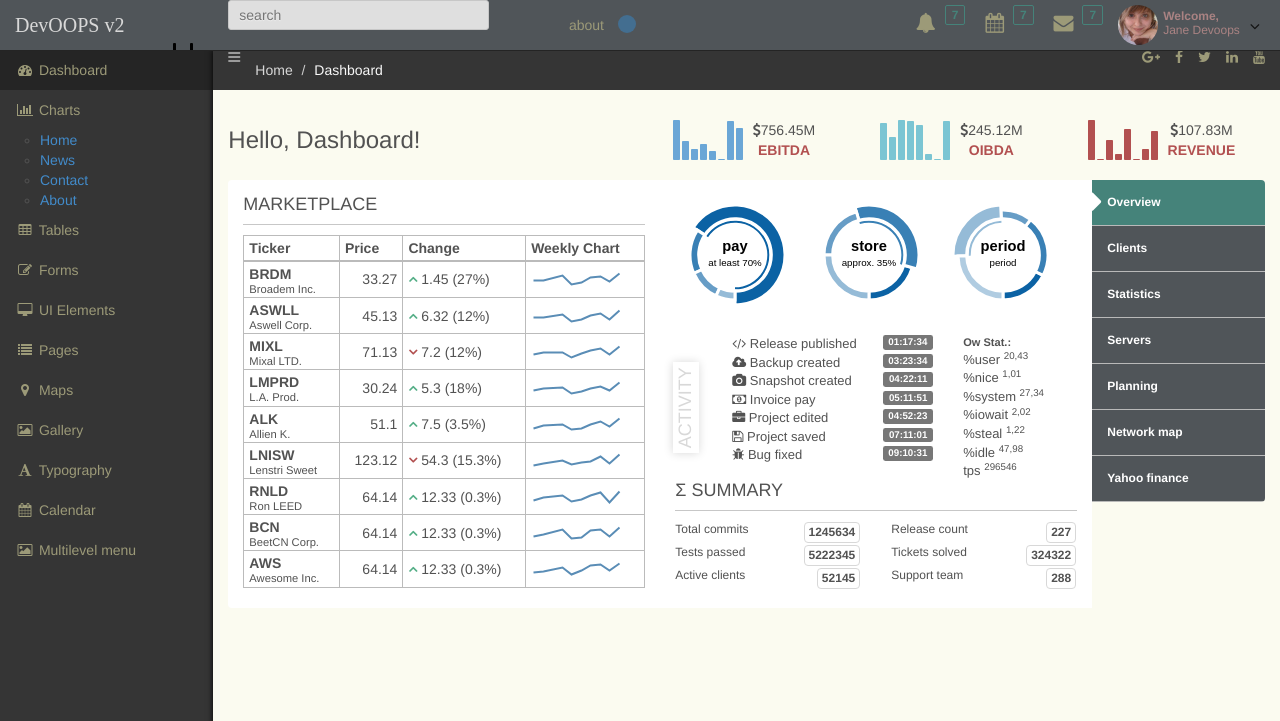
Repository: HackathonNicaragua/sixbyte
Page: http://localhost/RIMB/index.jsp
The author's editor kept a copy of each file at every save. The page is drawn from the files as they stood at one save, then again after the next save.
The browser window is 1280 px wide. The pictures show the whole page.
Some web fonts or font styles are not loaded; a fallback is used. Some web libraries are served in a nearby version. The page is served by Tomcat 9.

Above is the page before, as saved 2017-11-25 21:09:11.

After the next save:
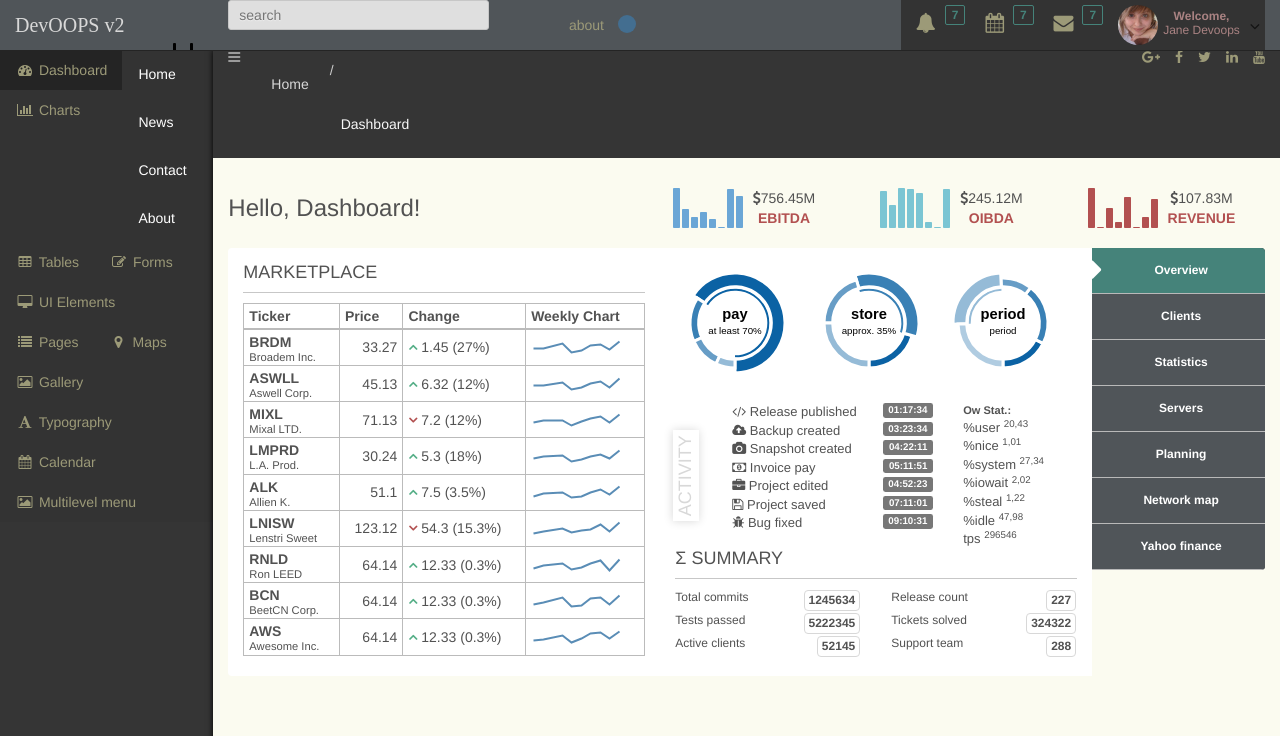
Saved 5 min 31 s later.
--- a/RIMB/WebContent/index.jsp
+++ b/RIMB/WebContent/index.jsp
@@ -175,6 +175,31 @@
   				<li><a href="ajax/tables_simple.html">Contact</a></li>
  				<li><a  href="ajax/tables_simple.html">About</a></li>
 				</ul>
+				<style>
+ul {
+    list-style-type: none;
+    margin: 0;
+    padding: 0;
+    overflow: hidden;
+    background-color: #333;
+}
+
+li {
+    float: left;
+}
+
+li a {
+    display: block;
+    color: white;
+    text-align: center;
+    padding: 14px 16px;
+    text-decoration: none;
+}
+
+li a:hover {
+    background-color: #111;
+}
+</style>
 				<li class="dropdown">
 					<a href="#" class="dropdown-toggle">
 						<i class="fa fa-table"></i>

After the save that followed:
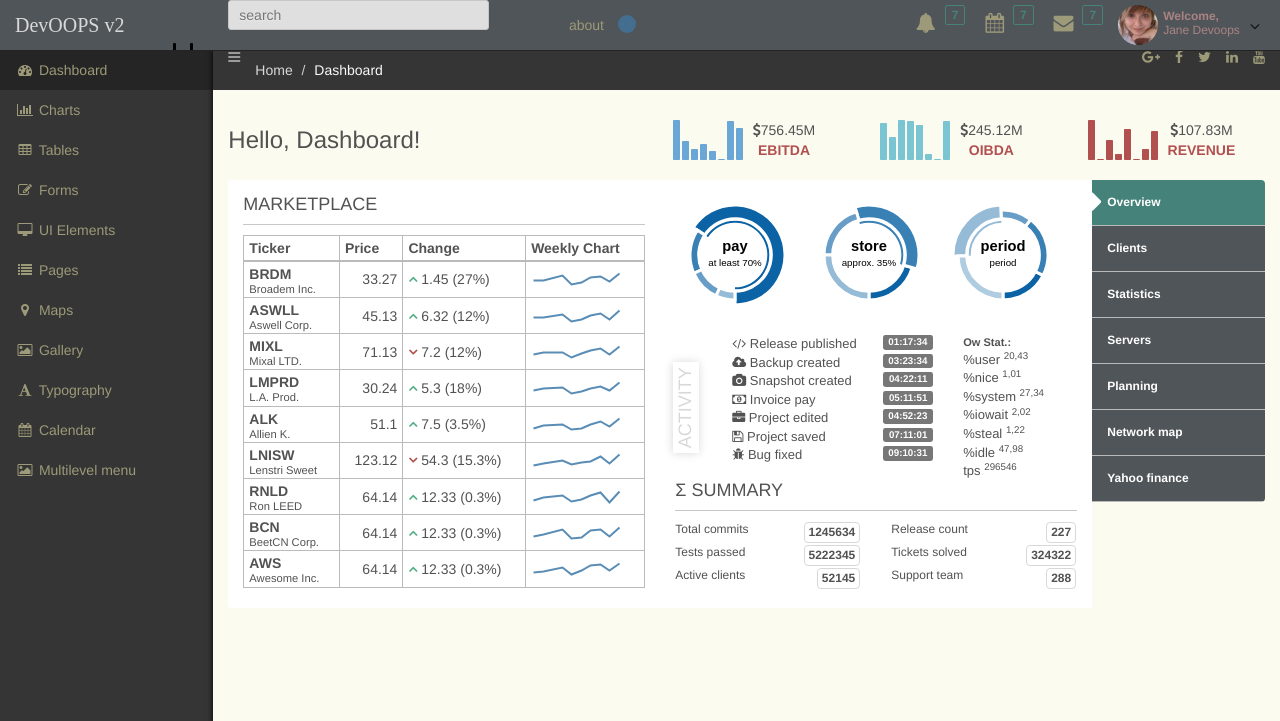
Saved 41 s later.
--- a/RIMB/WebContent/index.jsp
+++ b/RIMB/WebContent/index.jsp
@@ -169,37 +169,6 @@
 						<li><a class="ajax-link" href="ajax/charts_coindesk.html">CoinDesk realtime</a></li>
 					</ul>
 				</li>
-				<ul>
-  				<li><a href="ajax/tables_simple.html">Home</a></li>
- 				<li><a href="ajax/tables_simple.html">News</a></li>
-  				<li><a href="ajax/tables_simple.html">Contact</a></li>
- 				<li><a  href="ajax/tables_simple.html">About</a></li>
-				</ul>
-				<style>
-ul {
-    list-style-type: none;
-    margin: 0;
-    padding: 0;
-    overflow: hidden;
-    background-color: #333;
-}
-
-li {
-    float: left;
-}
-
-li a {
-    display: block;
-    color: white;
-    text-align: center;
-    padding: 14px 16px;
-    text-decoration: none;
-}
-
-li a:hover {
-    background-color: #111;
-}
-</style>
 				<li class="dropdown">
 					<a href="#" class="dropdown-toggle">
 						<i class="fa fa-table"></i>
